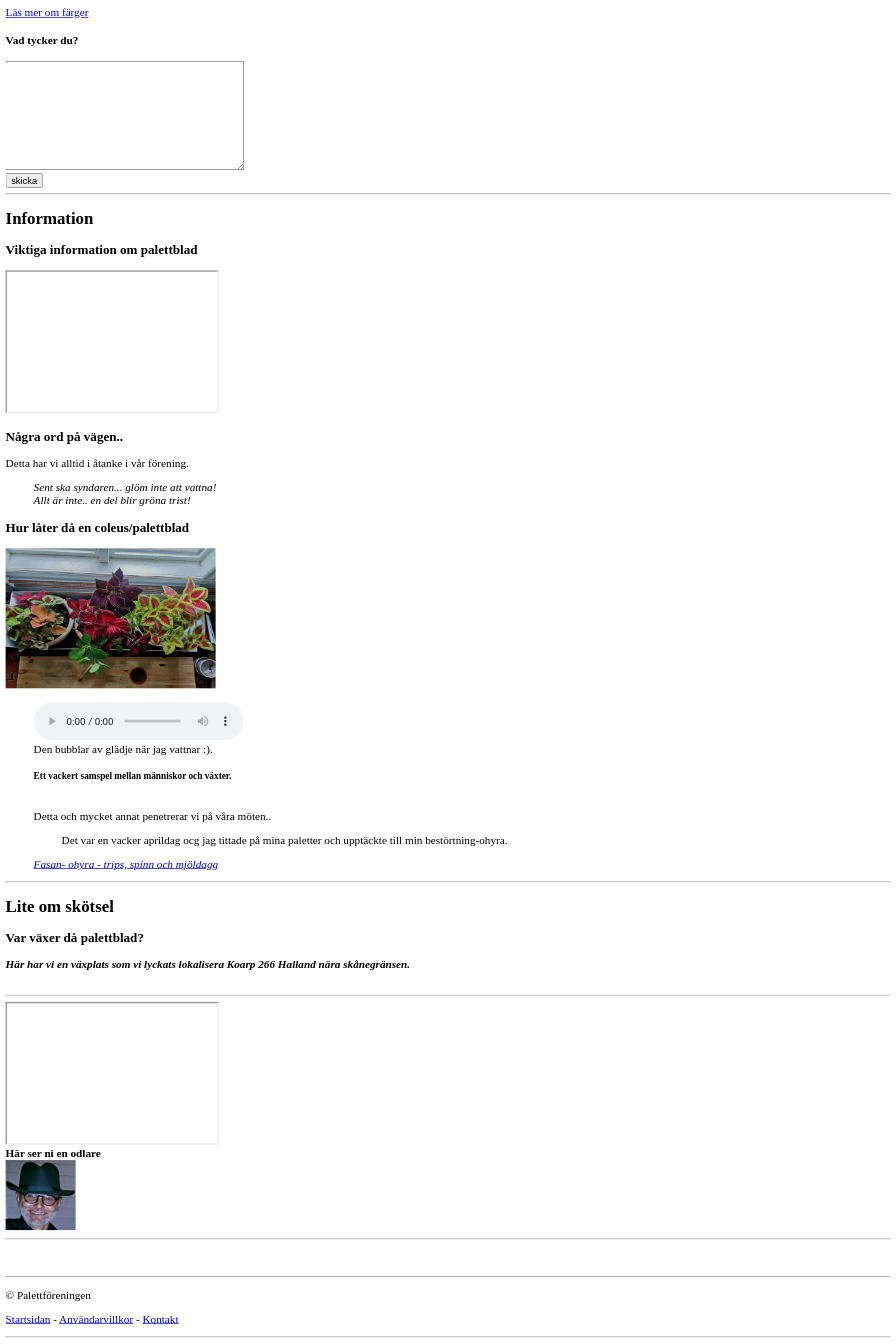
Repository: Webutveckling-20-21/Uppgift-1
Page: blogg.html
An editor plug-in stored every save of this project. The page is shown before and after the next save, followed by the edit.
The browser window is 1280 px wide. The pictures show the part of the page from y = 1265 to 3185 px (the page is 3185 px tall before and 3088 px after), at 70% of full size.
Pictures or frames that could not be fetched are drawn as grey boxes.

Above is the page before, as saved 2021-09-07 16:06:46.

After the next save:
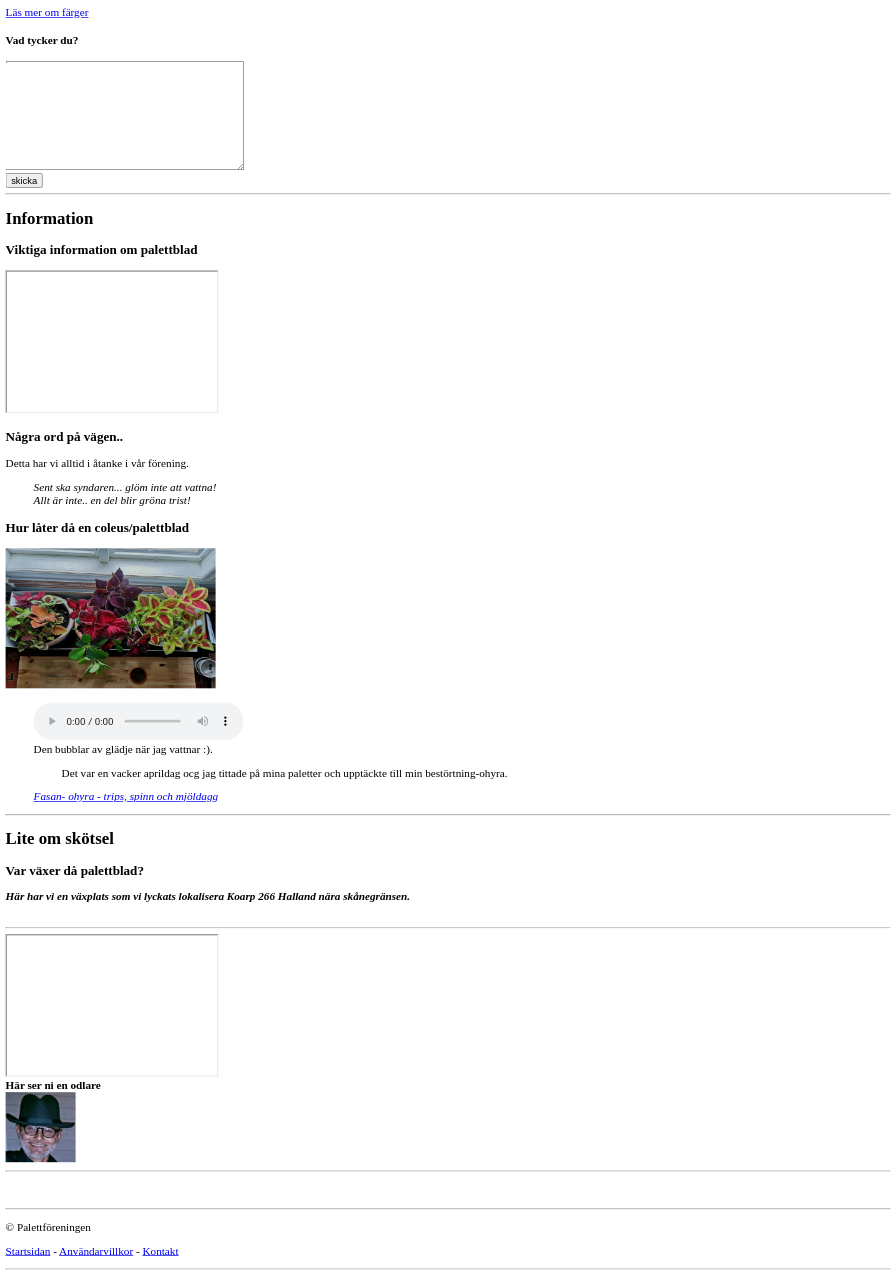
Saved 25 s later.
--- a/blogg.html
+++ b/blogg.html
@@ -126,8 +126,7 @@
                 <audio controls src="sounds/w.oga"></audio>
                 <figcaption>Den bubblar av glädje när jag vattnar :).</figcaption>
 
-                <h5> Ett vackert samspel mellan människor och växter.</h5> <br>
-                    <bold> Detta och mycket annat penetrerar vi på våra möten..</bold>
+
 
             </figure>
 
